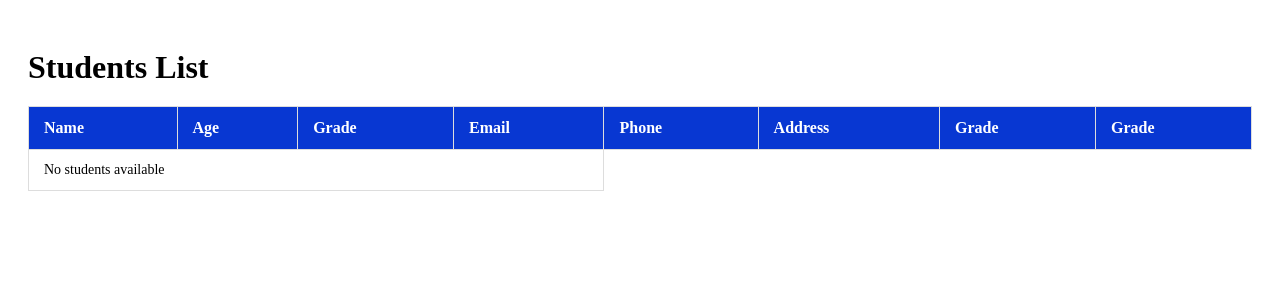
Repository: sharmisthak16/Student-Assignment
Page: /students (app in my-project/)
An editor plug-in stored every save of this project. The page is shown before and after the next save, followed by the edit.
The browser window is 1280 px wide. The pictures show the whole page.
The page's requests for data from a server got no answer. The project was rebuilt for these pictures with package versions that can differ from the ones it lists, and the page was loaded fresh each time. No one was signed in, and anything a server would have sent is missing. Also part of the build but not shown: my-project/vite.config.js, my-project/src/components/LoginForm.css, my-project/src/components/LoginForm.jsx, my-project/src/components/Dashboard.css, my-project/src/components/Dashboard.jsx, my-project/src/components/HomeButtons.css, my-project/src/components/HomeButtons.jsx, my-project/src/Pages/Home.jsx and 4 more.

Above is the page before, as saved 2025-01-31 04:24:19.

### my-project/index.html
<!doctype html>
<html lang="en">
  <head>
    <meta charset="UTF-8" />

    <meta name="viewport" content="width=device-width, initial-scale=1.0" />
    <title>Assignment</title>
  </head>
  <body>
    <div id="root"></div>
    <script type="module" src="/src/main.jsx"></script>
  </body>
</html>

### my-project/src/App.jsx
import React from 'react';
import { BrowserRouter as Router, Route, Routes } from 'react-router-dom'; // Use Routes instead of Switch
import LoginForm from './components/LoginForm';
import Dashboard from './components/Dashboard'; // Create this component for the dashboard page
import Home from './Pages/Home';
import StudentTable from './components/StudentTable';
import AddStudentModal from './components/AddStudentModal'
import StudentsPage from './components/StudentPage';

function App() {
  return (
    <Router>
      <Routes>
      <Route path='/' element={<Home/>} />
        <Route path="/LoginForm" element={<LoginForm />} /> {/* Use element instead of component */}
        <Route path="/dashboard" element={<Dashboard />} /> {/* Use element instead of component */}
       <Route path="/StudentTable" element={<StudentTable />}  />
       <Route path="/AddStudentModal" element={<AddStudentModal/>}  />
       <Route path='/students' element={< StudentsPage/>}/>
      </Routes>
    </Router>
  );
}

export default App;

### my-project/src/components/StudentPage.jsx
import React, { useEffect, useState } from 'react';
import { db, collection, getDocs } from './firebase'; // Assuming you're using Firestore
import './StudentPage.css';

const StudentPage = () => {
  const [students, setStudents] = useState([]);
  const [loading, setLoading] = useState(true);

  useEffect(() => {
    const fetchStudents = async () => {
      try {
        const querySnapshot = await getDocs(collection(db, "students"));
        const studentsData = querySnapshot.docs.map(doc => ({
          id: doc.id,
          ...doc.data(),
        }));
        setStudents(studentsData);
      } catch (error) {
        console.error("Error fetching students:", error);
      } finally {
        setLoading(false);
      }
    };

    fetchStudents();
  }, []);

  return (
    <div className="students-page">
      <h1>Students List</h1>
      {loading ? (
        <p>Loading...</p>
      ) : (
        <table className="students-table">
          <thead>
            <tr>
              <th>Name</th>
              <th>Age</th>
              <th>Grade</th>
              <th>Email</th>
              <th>Phone</th>
              <th>Address</th>
              <th>Grade</th>
              <th>Grade</th>
            </tr>
          </thead>
          <tbody>
            {students.length > 0 ? (
              students.map(student => (
                <tr key={student.id}>
                  <td>{student.name}</td>
                  <td>{student.age}</td>
                  <td>{student.grade}</td>
                  <td>{student.email}</td>
                  <td>{student.phone}</td>
                  <td>{student.address}</td>
                  <td>{student.grade}</td>
                </tr>
              ))
            ) : (
              <tr>
                <td colSpan="4">No students available</td>
              </tr>
            )}
          </tbody>
        </table>
      )}
    </div>
  );
};

export default StudentPage;

### my-project/src/components/firebase.js
import { initializeApp } from "firebase/app";
import { getAuth, createUserWithEmailAndPassword, signInWithEmailAndPassword } from "firebase/auth";
import { getFirestore, collection, addDoc, getDocs } from "firebase/firestore"; // Import getDocs

const firebaseConfig = {
  apiKey: "AIzaSyBbJ0LWJOG7xecQUhc7-0NGPvu33pYSSAg",
  authDomain: "assignment-f6a48.firebaseapp.com",
  projectId: "assignment-f6a48",
  storageBucket: "assignment-f6a48.appspot.com",
  messagingSenderId: "801572322432",
  appId: "1:801572322432:web:b56f932b3f50b6140f7a65",
  measurementId: "G-SBG6GTP1V2"
};

const app = initializeApp(firebaseConfig);
const auth = getAuth(app);
const db = getFirestore(app); // Firestore instance

// Export the methods you're using
export { auth, db, createUserWithEmailAndPassword, signInWithEmailAndPassword, addDoc, collection, getDocs };

### my-project/src/components/StudentPage.css
/* Students Page Styling */
.students-page {
    padding: 20px;
  }

  .students-page h1 {
    font-size: 32px;
    margin-bottom: 20px;
  }

  .students-table {
    width: 100%;
    border-collapse: collapse;
    margin-top: 20px;
  }

  .students-table th, .students-table td {
    padding: 12px 15px;
    text-align: left;
    border: 1px solid #ddd;
  }

  .students-table th {
    background-color: #0837d2;
    color: white;
  }

  .students-table tr:nth-child(even) {
    background-color: #f9f9f9;
  }

  .students-table tr:hover {
    background-color: #f1f1f1;
  }

  .students-table td {
    font-size: 14px;
  }

Loaded but not shown: my-project/src/main.jsx (common file); my-project/src/index.css (common file)

After the next save:
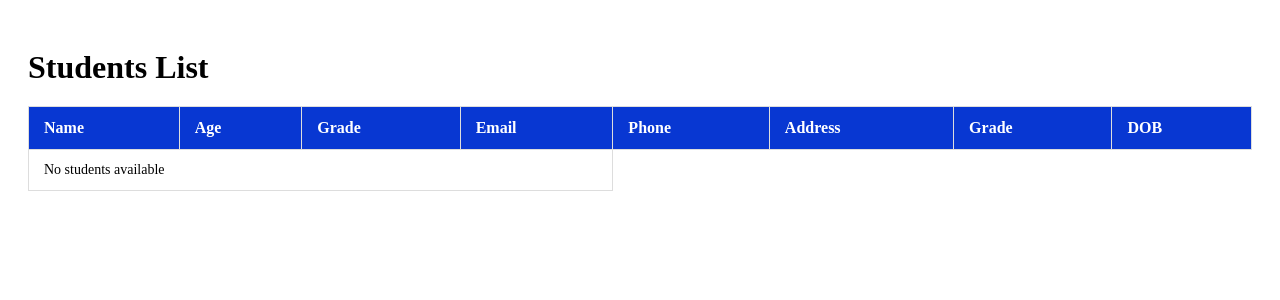
Saved 7 s later.
--- a/my-project/src/components/StudentPage.jsx
+++ b/my-project/src/components/StudentPage.jsx
@@ -41,7 +41,7 @@ const StudentPage = () => {
               <th>Phone</th>
               <th>Address</th>
               <th>Grade</th>
-              <th>Grade</th>
+              <th>DOB</th>
             </tr>
           </thead>
           <tbody>
